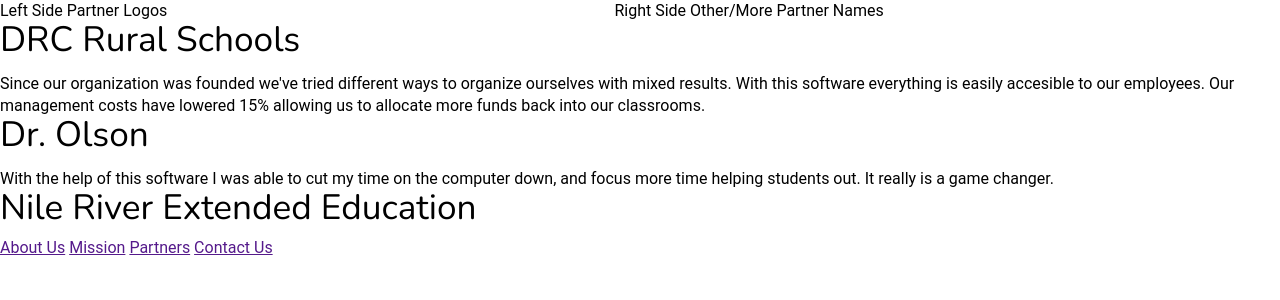
Repository: internationalrural-school-report/maketing-page
Page: marketing.html
The author's editor kept a copy of each file at every save. The page is drawn from the files as they stood at one save, then again after the next save.
The browser window is 1280 px wide. The pictures show the whole page.

Above is the page before, as saved 2019-08-22 19:17:30.

### marketing.html
<!doctype html>

<html lang="en">
<head>
  <meta charset="utf-8">
  <meta name="viewport" content="width=device-width">
  <title>International Rural School Report</title>
  <link href="https://fonts.googleapis.com/css?family=Nunito&display=swap" rel="stylesheet">


  <link href="https://fonts.googleapis.com/css?family=Russo+One|Ubuntu" rel="stylesheet">
  <link href="css-marketing.css" rel="stylesheet">

  <!--[if lt IE 9]>
    <script src="https://cdnjs.cloudflare.com/ajax/libs/html5shiv/3.7.3/html5shiv.js"></script>
  <![endif]-->
</head>

<body>

<div class="nav"></div>

<div class="main-content"></div>

<div class="mission"></div>

<section class="partners">
  <div class="left-side">
    <p>Left Side Partner Logos</p>
  </div>
  <div class="right-side">
    <p>Right Side Other/More Partner Names</p>
  </div>

</section>

<section class="testimonials">
  <div class="first-testimonial">
    <h2>DRC Rural Schools</h2>
    <p>Since our organization was founded we've tried different ways to organize ourselves with mixed results. With this software
      everything is easily accesible to our employees. Our management costs have lowered 15% allowing us to allocate more funds back into
      our classrooms.
    </p>
  </div>
  <div class="second-testimonial">
    <h2>Dr. Olson</h2>
    <p>With the help of this software I was able to cut my time on the computer down, and focus more time helping students out. It
      really is a game changer.
    </p>
  </div>
  <div class="third-testimonial">
    <h2>Nile River Extended Education</h2>
    <p></p>

  </div>
</section>

<section class ="footer"></section>
  <a href="">About Us</a>
  <a href="">Mission</a>
  <a href="">Partners</a>
  <a href="">Contact Us</a>
</body>
</html>

### css-marketing.css
/* http://meyerweb.com/eric/tools/css/reset/
   v2.0 | 20110126
   License: none (public domain)
*/

html, body, div, span, applet, object, iframe,
h1, h2, h3, h4, h5, h6, p, blockquote, pre,
a, abbr, acronym, address, big, cite, code,
del, dfn, em, img, ins, kbd, q, s, samp,
small, strike, strong, sub, sup, tt, var,
b, u, i, center,
dl, dt, dd, ol, ul, li,
fieldset, form, label, legend,
table, caption, tbody, tfoot, thead, tr, th, td,
article, aside, canvas, details, embed,
figure, figcaption, footer, header, hgroup,
menu, nav, output, ruby, section, summary,
time, mark, audio, video {
	margin: 0;
	padding: 0;
	border: 0;
	font-size: 100%;
	font: inherit;
	vertical-align: baseline;
}
/* HTML5 display-role reset for older browsers */
article, aside, details, figcaption, figure,
footer, header, hgroup, menu, nav, section {
	display: block;
}
body {
	line-height: 1;
}
ol, ul {
	list-style: none;
}
blockquote, q {
	quotes: none;
}
blockquote:before, blockquote:after,
q:before, q:after {
	content: '';
	content: none;
}
table {
	border-collapse: collapse;
	border-spacing: 0;
}

* {
    box-sizing: border-box;
}

html, body {
    height: 100%;
    font-family: 'Roboto', sans-serif;
}

h1, h3, h4, h5 {
    font-size: 1.2rem;
    margin-bottom: 15px;
    font-family: 'Nunito', sans-serif ;
}
h2 {
    font-size: 2.2rem;
    margin-bottom: 15px;
    font-family: 'Nunito', sans-serif ;
}

p {
    line-height: 1.4;
}

.partners {
    display: flex;
    flex-wrap: row wrap;
}
.left-side {
    width : 48%;
}
.right-side {
    width: 48%;
}

.footer {
    display: flex;
    align-content: center;
}

After the next save:
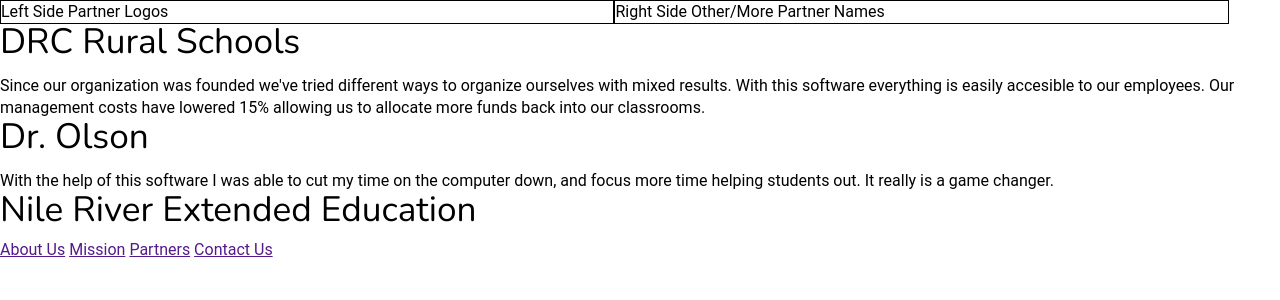
Saved 51 s later.
--- a/css-marketing.css
+++ b/css-marketing.css
@@ -76,9 +76,11 @@ p {
     flex-wrap: row wrap;
 }
 .left-side {
+    border: .1rem solid black;
     width : 48%;
 }
 .right-side {
+    border: .1rem solid black;
     width: 48%;
 }
 
